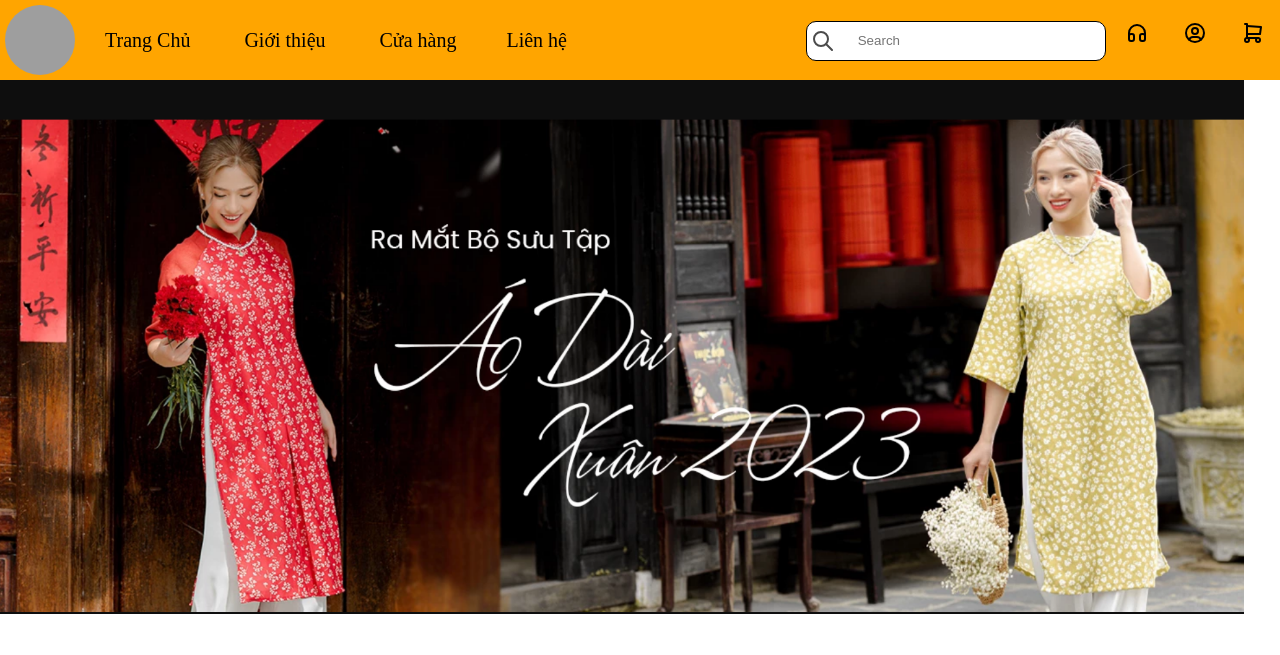
Repository: manhhieu120499/test-page
Page: index.html
An editor plug-in stored every save of this project. The page is shown before and after a run of saves, followed by the edit.
The browser window is 1280 px wide. The pictures show the whole page.
Pictures or frames that could not be fetched are drawn as grey boxes.

Above is the page before, as saved 2023-01-11 23:39:52.

After the next 4 saves:
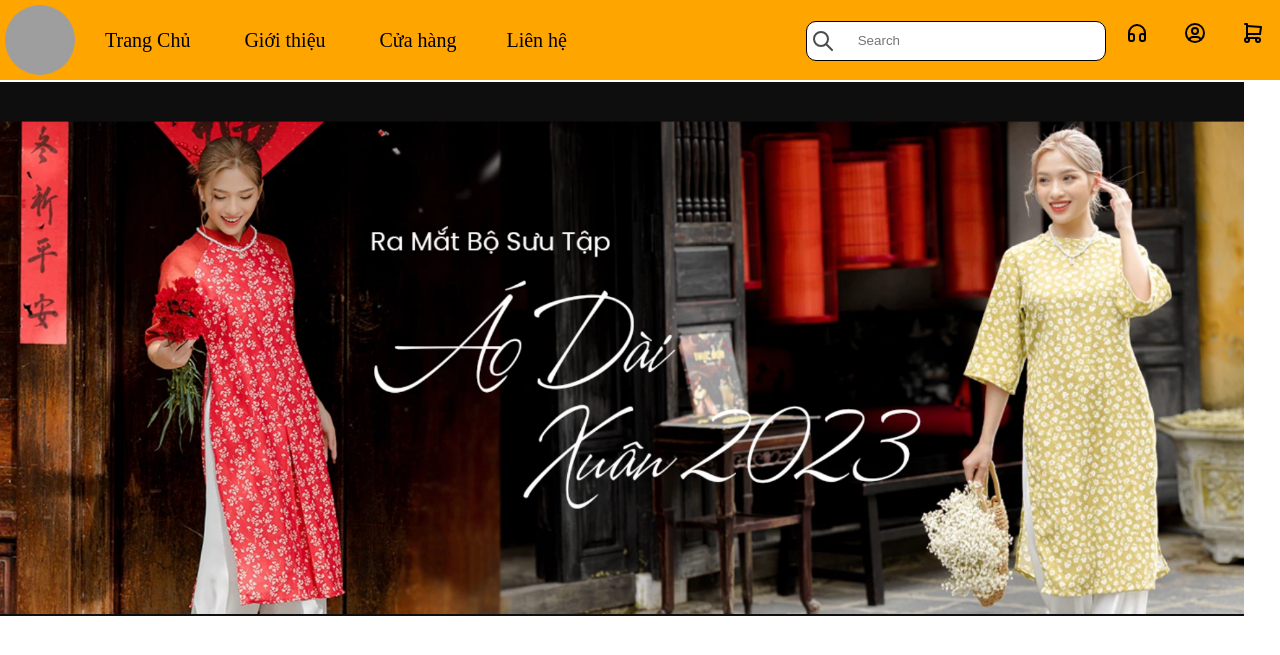
The 4 saves are shown as one change because they came seconds apart.
The last was saved 10 s later.
--- a/style.css
+++ b/style.css
@@ -66,5 +66,5 @@ body {
 .shop-picture img {
     display: block;
     height: 534px;
-
+    margin-top: 2px;
 }
